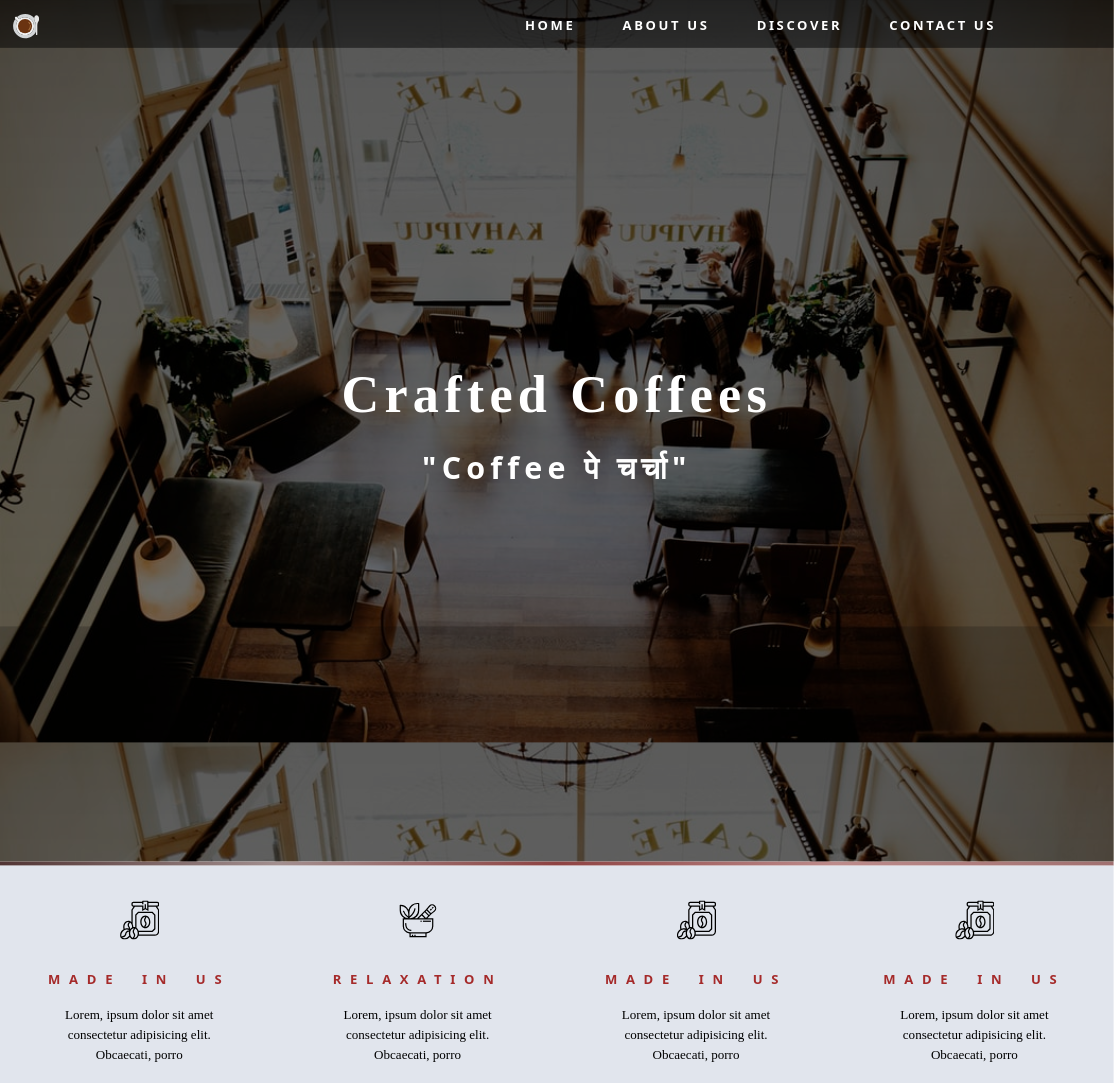
Repository: Aditya0377/Assignments
Page: Assignment/coffee/index.html
These files come from the project's save history. The page is drawn as it stood at one moment and after the next save; the edit follows.
The browser window is 1280 px wide. The pictures show the whole page, at 87% of full size.
Backgrounds fixed to the window are drawn as part of the page. Some web libraries are served in a nearby version.

Above is the page before, as saved 2024-02-02 14:45:03.

### Assignment/coffee/index.html
<!DOCTYPE html>
<html lang="en">

<head>
    <meta charset="UTF-8">
    <meta name="viewport" content="width=device-width, initial-scale=1.0">
    <title>Coffee</title>
    <link rel="stylesheet" href="coffee.css">
    <link rel="stylesheet" href="https://cdn.linearicons.com/free/1.0.0/icon-font.min.css">
    <script src="https://kit.fontawesome.com/edd85780d6.js" crossorigin="anonymous"></script>
</head>

<body>
    <div class="head">
        <div class="navbar">
            <a href="" class="logo"><img src="assets/logo.svg" alt=""></a>
            <div class="navmenu">
                <a href="" class="navcont">HOME</a>
                <a href="" class="navcont">ABOUT US</a>
                <a href="" class="navcont">DISCOVER</a>
                <a href="" class="navcont">CONTACT US</a>

            </div>
        </div>
        <div class="headcont">
            <h1>Crafted Coffees</h1>
            <h2>"Coffee पे चर्चा"</h2>
            <div class="arrow">
                <span class="lnr lnr-chevron-down"></span>
            </div>
        </div>
    </div>
    <div class="linearline"></div>
    <div class="one">
        <div class="onecont">
            <div><img src="assets/coffeebag.svg" alt="" class="onelogo"></div>
            <div class="onehead">MADE IN US</div>
            <div class="lorem">Lorem, ipsum dolor sit amet<br> consectetur adipisicing elit.<br> Obcaecati, porro</div>
        </div>
        <div class="onecont">
            <div><img src="assets/spa.svg" alt="" class="onelogo"></div>
            <div class="onehead">RELAXATION</div>
            <div class="lorem">Lorem, ipsum dolor sit amet<br> consectetur adipisicing elit.<br> Obcaecati, porro</div>
        </div>
        <div class="onecont">
            <div><img src="assets/coffeebag.svg" alt="" class="onelogo"></div>
            <div class="onehead">MADE IN US</div>
            <div class="lorem">Lorem, ipsum dolor sit amet<br> consectetur adipisicing elit.<br> Obcaecati, porro</div>
        </div>
        <div class="onecont">
            <div><img src="assets/coffeebag.svg" alt="" class="onelogo"></div>
            <div class="onehead">MADE IN US</div>
            <div class="lorem">Lorem, ipsum dolor sit amet<br> consectetur adipisicing elit.<br> Obcaecati, porro</div>
        </div>
    </div>
</body>

</html>

### Assignment/coffee/coffee.css
* {
    margin: 0;
    padding: 0;
    box-sizing: border-box;
    font-family: system-ui, -apple-system, BlinkMacSystemFont, 'Segoe UI', Roboto, Oxygen, Ubuntu, Cantarell, 'Open Sans', 'Helvetica Neue', sans-serif;
    ;
}

a {
    text-decoration: none;
    color: black;
}

.head {
    width: 100%;
    background: linear-gradient(rgba(0, 0, 0, 0.6), rgba(0, 0, 0, 0.5)), url(assets/bg1.jpeg) center/cover no-repeat;
    background-repeat: no-repeat;
    background-attachment: fixed;
    background-size: cover;
    height: 990px;
    position: relative;
    display: flex;
    flex-direction: column;
    align-items: center;
    text-align: center;
}

.navbar {
    display: flex;
    align-items: center;
    width: 100%;
    height: 55px;
    background-image: linear-gradient(rgba(0, 0, 0, 0.6), rgba(0, 0, 0, 0.5));
    position: fixed;
    z-index: 999;

}

.navmenu {
    position: inherit;
    right: 0px;
    margin-right: 85px
}

.logo {
    align-self: flex-start;
    margin: 15px;
}

.navbar img {
    width: 30px;
}

.navcont {
    font-weight: 600;
    letter-spacing: 3px;
    font-size: 15px;
    margin-right: 50px;
    color: white;
}

.navcont:hover {
    transition: 0.5s ease;
    color: brown;
}

.headcont {
    margin-top: 420px;
    letter-spacing: 6px;
    color: white;
}

.headcont h1 {
    font-size: 60px;
    font-family: SpartanLimport;

}

.headcont h2 {
    font-weight: 600;
    margin-top: 25px;
    font-size: 35px;
    margin-bottom: 340px;
}

.lnr-chevron-down {
    font-size: 40px;
}

.arrow {
    animation-name: arrowdown;
    animation-duration: 3s;
    animation-iteration-count: infinite;
}

@keyframes arrowdown {
    0% {
        transform: translateY(0px);
    }

    50% {
        transform: translateY(50px);
    }

    100% {
        transform: translateY(0px);
    }
}

.linearline {
    width: 100%;
    background-image: linear-gradient(to left, #a07070, #bc8b8b, #8e4242, #a28f8f, #513434);
    height: 5px;
}

.one {
    width: 100%;
    display: flex;
    justify-content: p;
    align-items: center;
    background-color: #e1e5ed;
}

.onecont {
    height: 250px;
    width: 25%;
    text-align: center;
    transition: all 0.4s ease;
}

.onelogo {
    margin-top: 40px;
    width: 45px;
}

.onehead {
    font-size: 15px;
    letter-spacing: 10px;
    word-spacing: 10px;
    margin-top: 30px;
    color: brown;
    font-weight: 650;
}

.lorem {
    margin-top: 20px;
    font-size: 15px;
    font-family: RalewayELimport;
    line-height: 23px;
}

.onecont:hover {
    background-color: rgb(101, 26, 26);
    border-radius: 0px 40px 0px 40px;
}

.onecont:hover .onehead {
    transition: all 0.5s ease-in-out;
    transform: scale(1.1);
}

After the next save:
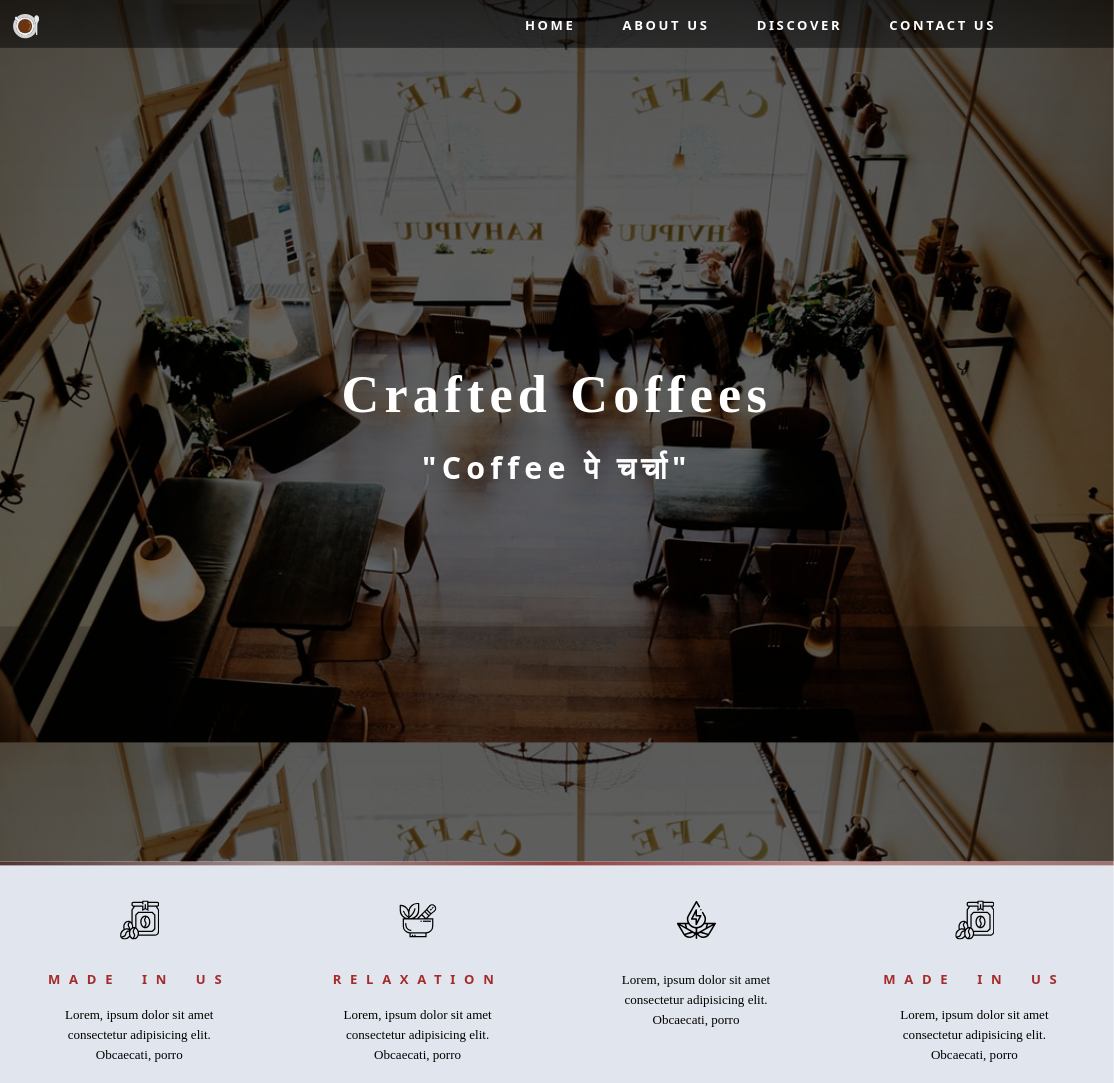
Saved 23 s later.
--- a/Assignment/coffee/index.html
+++ b/Assignment/coffee/index.html
@@ -43,8 +43,8 @@
             <div class="lorem">Lorem, ipsum dolor sit amet<br> consectetur adipisicing elit.<br> Obcaecati, porro</div>
         </div>
         <div class="onecont">
-            <div><img src="assets/coffeebag.svg" alt="" class="onelogo"></div>
-            <div class="onehead">MADE IN US</div>
+            <div><img src="assets/energy.svg" alt="" class="onelogo"></div>
+            <div class="onehead"></div>
             <div class="lorem">Lorem, ipsum dolor sit amet<br> consectetur adipisicing elit.<br> Obcaecati, porro</div>
         </div>
         <div class="onecont">
